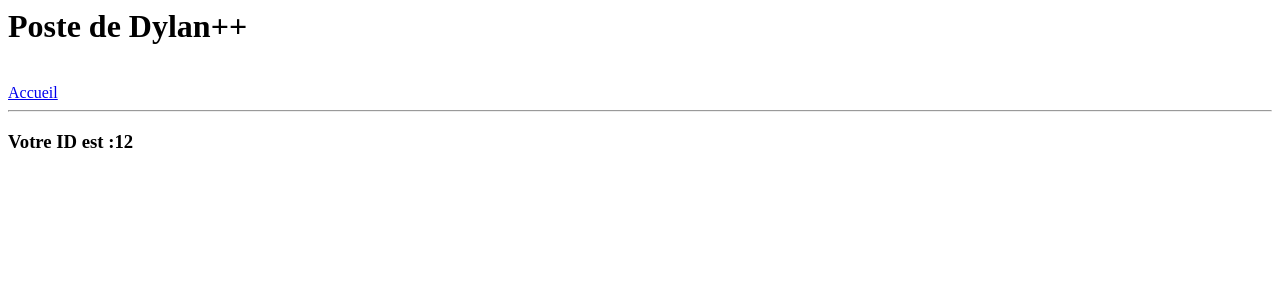
Repository: DylanCahu/cookie
Page: http://localhost/Cookies/connect.php
The author's editor kept a copy of each file at every save. The page is drawn from the files as they stood at one save, then again after the next save.
The browser window is 1280 px wide. The pictures show the whole page.
The page is run by PHP 8.4 with error messages shown; the project is at /var/www/html/.

Above is the page before, as saved 2021-12-13 09:12:36.

After the next save:
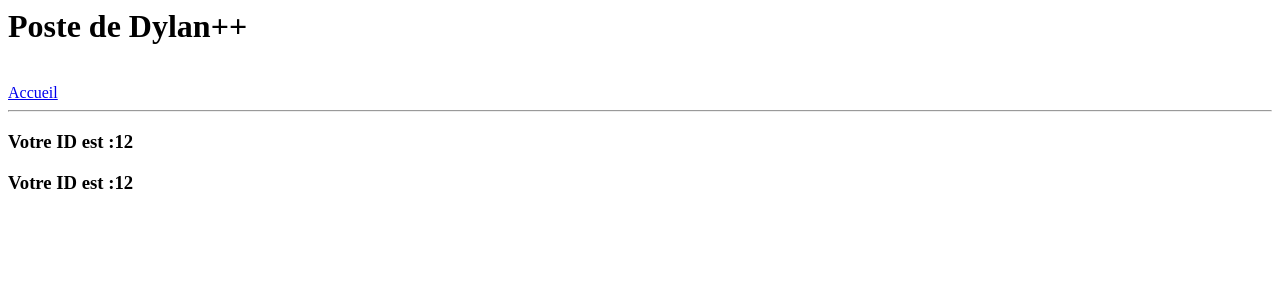
Saved 36 s later.
--- a/connect.php
+++ b/connect.php
@@ -28,7 +28,7 @@ setcookie('numClient', $numClient, array(
     'httponly' => false,
     'samesite' => 'None'
   ));
-// echo ("<h3>Votre ID est :" . $numClient . "</h2>");
+echo ("<h3>Votre ID est :" . $numClient . "</h2>");
 ?>
 
 </body>
